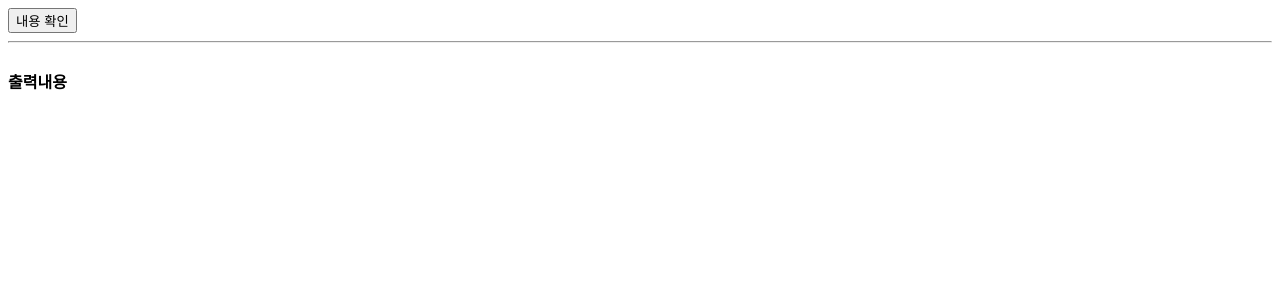
Repository: popconnect/jQuery
Page: http://localhost/jqueryEx01/jquery29.jsp
The author's editor kept a copy of each file at every save. The page is drawn from the files as they stood at one save, then again after the next save.
The browser window is 1280 px wide. The pictures show the whole page.
The page is served by Tomcat 9.

Above is the page before, as saved 2023-05-16 02:12:40.

After the next save:
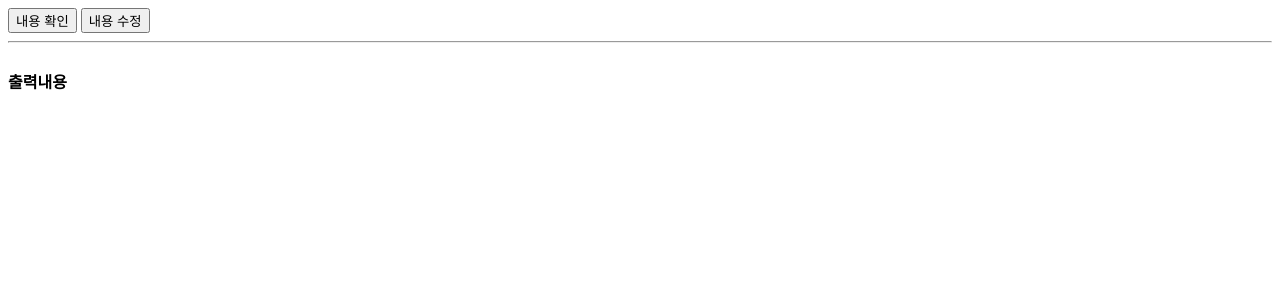
Saved 90 s later.
--- a/jqueryEx01/src/main/webapp/jquery29.jsp
+++ b/jqueryEx01/src/main/webapp/jquery29.jsp
@@ -28,6 +28,7 @@
 </head>
 <body>
 <button id="btn1">내용 확인</button>
+<button id="btn2">내용 수정</button>
 <br /><hr /><br />
 <div id="result"><b>출력내용</b></div>
 </body>
